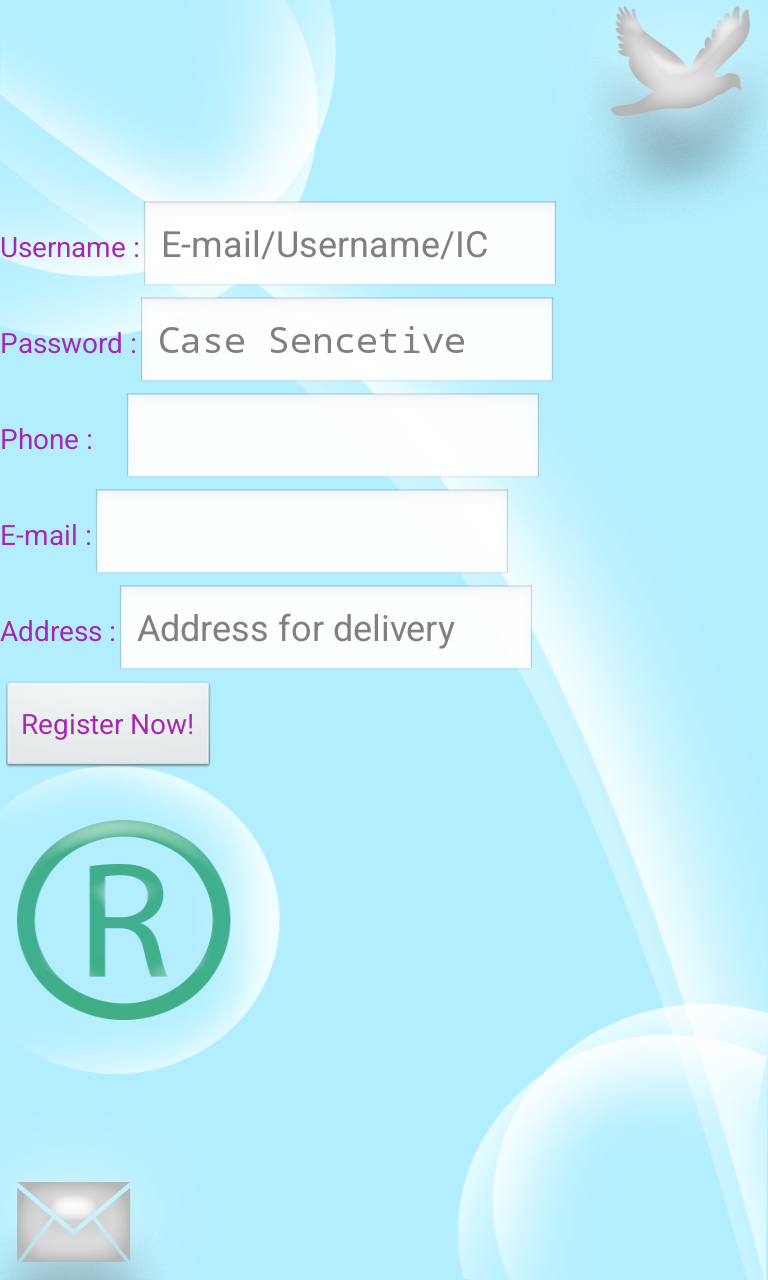
Repository: JodyCoolit/android
Layout: Delivery/res/layout/activity_signup.xml
The author's editor kept a copy of each file at every save. The layout is drawn from the files as they stood at one save, then again after the next save.
It is drawn on a 768 x 1280 px phone screen (xhdpi) without system bars, with theme android:Theme.Light.NoTitleBar.Fullscreen; the app's code is not run.

Above is the layout before, as saved 2014-08-26 07:02:31.

### Delivery/res/layout/activity_signup.xml
<?xml version="1.0" encoding="utf-8"?>
<LinearLayout xmlns:android="http://schemas.android.com/apk/res/android"
    android:layout_width="match_parent"
    android:layout_height="match_parent"
    android:orientation="vertical"
    android:background="@drawable/bg_signup" >
	<LinearLayout
	    android:layout_width="match_parent"
   		android:layout_height="wrap_content"
	    android:orientation="horizontal"
	    android:layout_marginTop="100sp"
	    >
	    <TextView
        android:id="@+id/tv_signup_username"
        android:layout_width="wrap_content"
        android:layout_height="wrap_content"
        android:text="@string/tv_signup_username"
        android:textColor="#A726B5" />
	    <EditText
        android:id="@+id/et_signup_username"
        android:layout_width="wrap_content"
        android:layout_height="wrap_content"
        android:ems="10"
        android:hint="@string/hint_signup_username"
        android:textColor="#26B58F"
        android:singleLine="true">
    </EditText>
	</LinearLayout>

	<LinearLayout
	    android:layout_width="match_parent"
   		android:layout_height="wrap_content"
	    android:orientation="horizontal"
	    >
		 <TextView
		    android:id="@+id/tv_signup_password"
		    android:layout_width="wrap_content"
		    android:layout_height="wrap_content"
		    android:text="@string/tv_signup_password"
		    android:textColor="#A726B5" />

		<EditText
		    android:id="@+id/et_signup_password"
		    android:layout_width="wrap_content"
		    android:layout_height="wrap_content"
		    android:ems="10"
		    android:inputType="textPassword"
		    android:hint="@string/hint_signup_password"
		    android:textColor="#26B58F"
		    android:singleLine="true" />
	</LinearLayout>
	<LinearLayout
	    android:layout_width="match_parent"
   		android:layout_height="wrap_content"
	    android:orientation="horizontal"
	    >
		 <TextView
		    android:id="@+id/tv_signup_phone"
		    android:layout_width="wrap_content"
		    android:layout_height="wrap_content"
		    android:text="@string/tv_signup_phone"
		    android:textColor="#A726B5" />

		<EditText
		    android:id="@+id/et_signup_phone"
		    android:layout_marginLeft="15sp"
		    android:layout_width="wrap_content"
		    android:layout_height="wrap_content"
		    android:ems="10"
		    android:inputType="phone"
		    android:textColor="#26B58F"
		    android:singleLine="true" />
	</LinearLayout>

	<LinearLayout
	    android:layout_width="match_parent"
   		android:layout_height="wrap_content"
	    android:orientation="horizontal"
	    >
		 <TextView
		    android:id="@+id/tv_signup_email"
		    android:layout_width="wrap_content"
		    android:layout_height="wrap_content"
		    android:text="@string/tv_signup_email"
		    android:textColor="#A726B5" />

		<EditText
		    android:id="@+id/et_signup_email"
		    android:layout_width="wrap_content"
		    android:layout_height="wrap_content"
		    android:ems="10"
		    android:inputType="textEmailAddress"
		    android:textColor="#26B58F"
		    android:singleLine="true" />
	</LinearLayout>

	<LinearLayout
	    android:layout_width="match_parent"
   		android:layout_height="wrap_content"
	    android:orientation="horizontal"
	    >
		 <TextView
		    android:id="@+id/tv_signup_address"
		    android:layout_width="wrap_content"
		    android:layout_height="wrap_content"
		    android:text="@string/tv_signup_address"
		    android:textColor="#A726B5" />

		<EditText
		    android:id="@+id/et_signup_address"
		    android:layout_width="wrap_content"
		    android:layout_height="wrap_content"
		    android:ems="10"
		    android:textColor="#26B58F"
		    android:hint="@string/hint_signup_address"
		    android:singleLine="true" />
	</LinearLayout>
	<Button
	    android:id="@+id/btn_signup_register"
	    android:layout_width="wrap_content"
	    android:layout_height="wrap_content"
	    android:text="@string/btn_signup_register"
	    android:textColor="#A726B5" />
</LinearLayout>

### Delivery/res/values/strings.xml
<?xml version="1.0" encoding="utf-8"?>
<resources>
    <string name="app_name">Delivery</string>
    <string name="signup">Sign Up</string>

    <!-- LoginActivity -->
    <string name="welcome">Welcome!</string>
    <string name="rememberMe"> Remember Me</string>
	<string name="btn_signin">Sign in</string>
	<string name="btn_signup">Sign up</string>
	<string name="hint_username">Enter your username here</string>
	<string name="hint_password">Enter your password here</string>

	<!--  SignupActivity -->
	<string name="tv_signup_username">Username : </string>
	<string name="tv_signup_password">Password : </string>
	<string name="hint_signup_username">E-mail/Username/IC</string>
	<string name="hint_signup_password">Case Sencetive</string>
	<string name="hint_signup_address">Address for delivery</string>
	<string name="tv_signup_phone">Phone : </string>
	<string name="tv_signup_email">E-mail : </string>
	<string name="tv_signup_address">Address : </string>
	<string name="btn_signup_register">Register Now!</string>

	<!-- UserActivity -->
	<string-array name="menu_user">
	    <item>Home</item>
	    <item>New Order</item>
	    <item>Order Status</item>
	    <item>Message</item>
	    <item>Promotion</item>
	    <item>Feedback</item>
	    <item>About Us</item>
	    <item>Log Out</item>
	</string-array>
</resources>

After the next save:
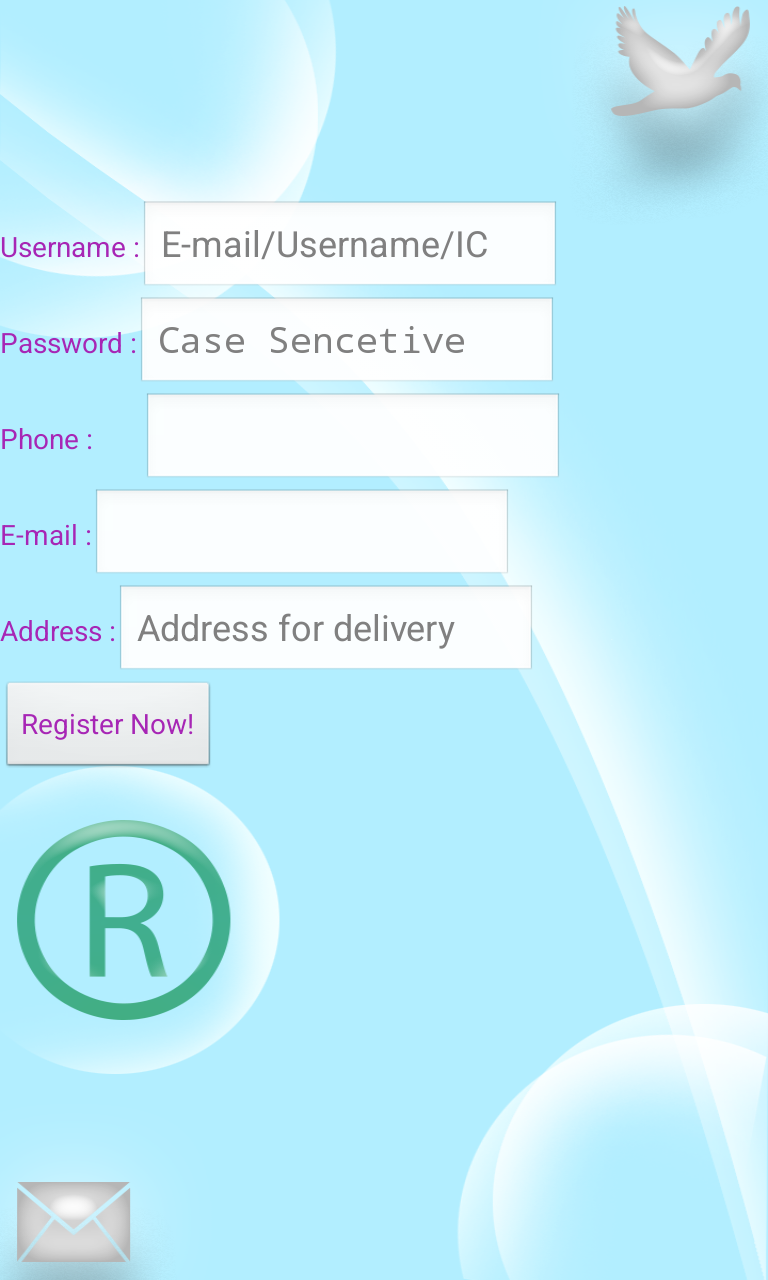
Saved 5 s later.
--- a/Delivery/res/layout/activity_signup.xml
+++ b/Delivery/res/layout/activity_signup.xml
@@ -63,7 +63,7 @@
 
 		<EditText
 		    android:id="@+id/et_signup_phone"
-		    android:layout_marginLeft="15sp"
+		    android:layout_marginLeft="25sp"
 		    android:layout_width="wrap_content"
 		    android:layout_height="wrap_content"
 		    android:ems="10"
